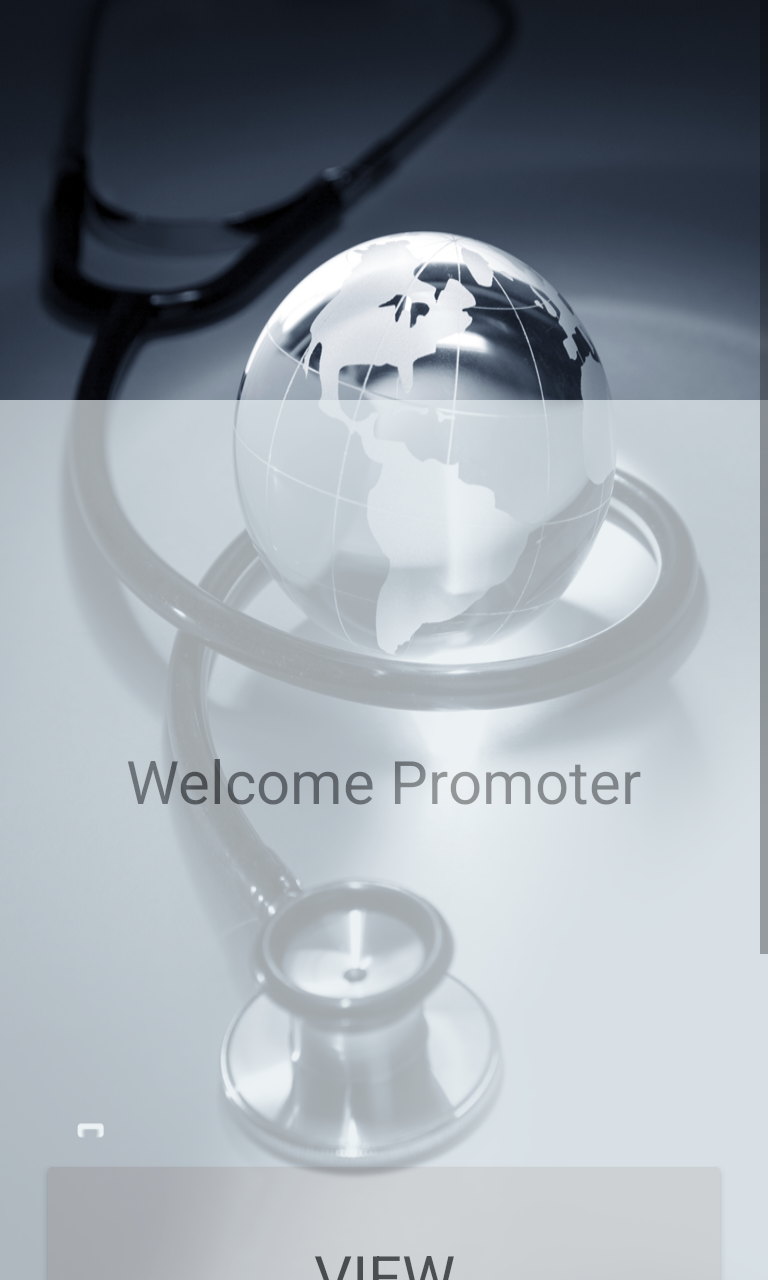
Repository: achavez812/GuatemalaProject2
Layout: GuateMedic-master/GuateMedic/res/layout/fragment_main.xml
An editor plug-in stored every save of this project. The layout is shown before and after the next save, followed by the edit.
It is drawn on a 768 x 1280 px phone screen (xhdpi) without system bars, with theme AppTheme; the app's code is not run.

Above is the layout before, as saved 2014-07-03 10:22:51.

### GuateMedic-master/GuateMedic/res/layout/fragment_main.xml
<?xml version="1.0" encoding="utf-8"?>
<ScrollView xmlns:android="http://schemas.android.com/apk/res/android"
    xmlns:tools="http://schemas.android.com/tools"
    android:layout_width="match_parent"
    android:layout_height="wrap_content"
    android:background="@drawable/guatemala_home_bg"
    >


	<RelativeLayout
    android:layout_width="match_parent"
    android:layout_height="match_parent"
    >
	<LinearLayout android:layout_width="match_parent"
    android:layout_height="wrap_content"
    android:gravity="center_horizontal"
    android:orientation="vertical"
    android:padding="20dp"
    android:layout_marginTop="100dp"
     android:background="#ffe5edf0"
    android:alpha="0.7"

    android:layout_marginTop="200dp">
    <TextView
        android:id="@+id/main_page_textview"
        android:textSize="30sp"
        android:layout_marginTop="150dp"
        android:layout_marginBottom="60dp"
        android:layout_width="wrap_content"
        android:layout_height="wrap_content"
        android:text="Welcome Promoter"
        android:alpha="1.2"/>

    <TextView
        android:id="@+id/main_page_notes"
        android:gravity="center"
        android:textSize="20sp"
        android:layout_marginBottom="80dp"
        android:layout_width="wrap_content"
        android:layout_height="wrap_content"
        android:alpha="1.2" />

    <Button
        android:id="@+id/main_view_button"
        android:textSize="30sp"
        android:paddingTop="40dp"
        android:paddingBottom="40dp"
        android:layout_marginBottom="20dp"
        android:layout_width="match_parent"
        android:layout_height="wrap_content"
		android:text="VIEW"
		android:alpha="1.2" />

    <Button
        android:id="@+id/main_upload_download_button"
        android:textSize="30sp"
        android:paddingTop="40dp"
        android:paddingBottom="40dp"
        android:layout_width="match_parent"
        android:layout_height="wrap_content"
        android:text="DOWNLOAD"
        android:alpha="1.2"/>
</LinearLayout>
</RelativeLayout>
</ScrollView>

### GuateMedic-master/GuateMedic/res/values/styles.xml
<resources xmlns:android="http://schemas.android.com/apk/res/android">

    <!--
        Base application theme, dependent on API level. This theme is replaced
        by AppBaseTheme from res/values-vXX/styles.xml on newer devices.
    -->

    <!-- Application theme. -->
    <style name="AppTheme" parent="@style/Theme.AppCompat.Light.DarkActionBar">
        <!-- All customizations that are NOT specific to a particular API-level can go here. -->
    	<item name="android:typeface">sans</item>
        <item name="actionBarStyle">@style/MyActionBar</item>
    	<item name="android:actionBarStyle">@style/MyActionBar</item>
    	<item name="android:actionOverflowButtonStyle">@style/OverFlow</item>
    	<item name="android:popupMenuStyle">@style/MyPopupMenu</item>
    	<item name="popupMenuStyle">@style/MyPopupMenu</item>
        <item name="android:panelBackground">#004d6b</item>
         <item name="android:itemTextAppearance">@style/myCustomMenuTextApearance</item>

    </style>
       <style name="myCustomMenuTextApearance" parent="@android:style/TextAppearance.Widget.IconMenu.Item">
        <item name="android:textColor">#FFFFFF</item>
        <item name="android:textSize">20sp</item>

    </style>
    <style name="MyActionBar" parent="@style/Widget.AppCompat.Light.ActionBar.Solid.Inverse">
        <item name="android:background">#004d6b</item>
        <item name="android:titleTextStyle">@style/TitleText</item>



    </style>

    <style name ="MyPopupMenu" parent="android:Theme.Holo.Light">
        <item name="android:popupBackground">#004d6b</item>
    </style>

    <style name="OverFlow" parent="@android:style/Widget.Holo.ActionButton.Overflow">
    	<item name="android:src">@drawable/ic_action_overflow</item>
	</style>
    <style name="TitleText">
        <item name="android:textColor">#FFFFFF</item>
        <item name="android:typeface">sans</item>
        <item name="android:textSize">30sp</item>

    </style>
	<!--
	<style name="HomePage" parent="AppTheme">
	<item name="android:background"> @drawable/guatemala_home_bg </item>
	</style>
	    -->





</resources>

After the next save:
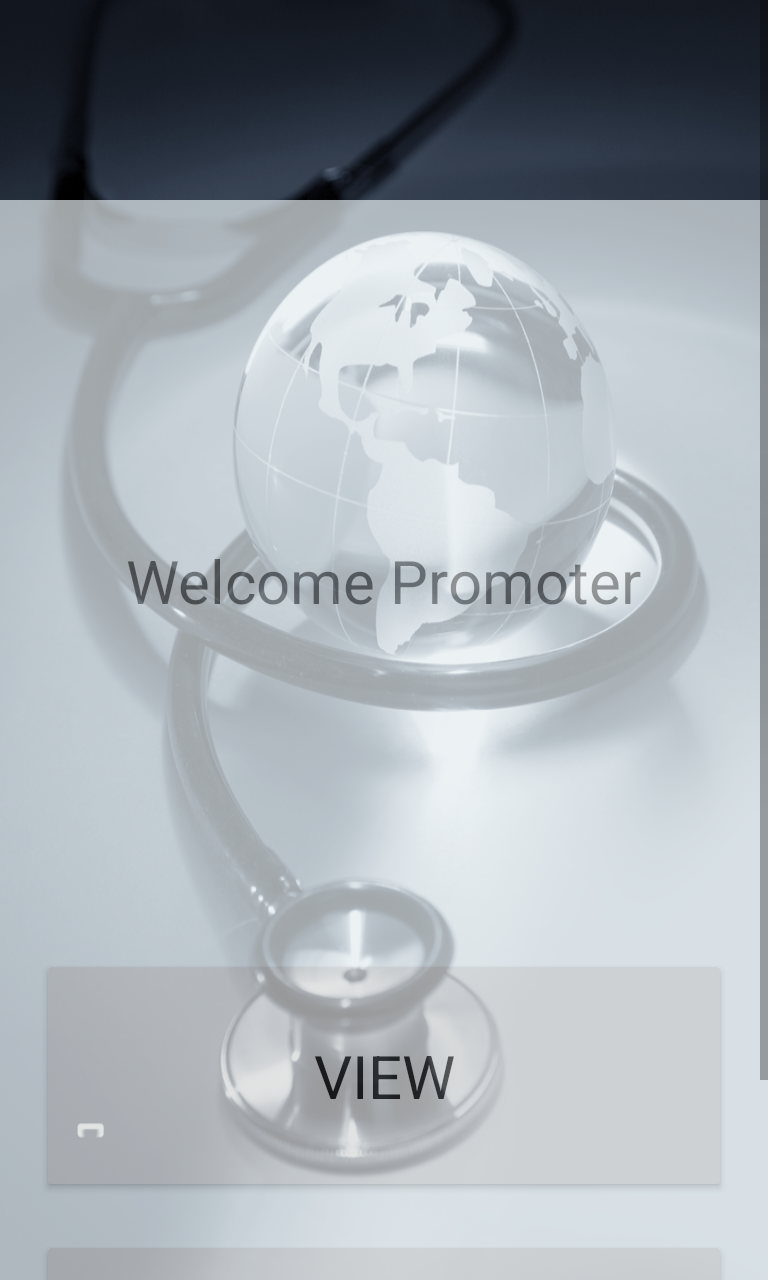
Saved 11 s later.
--- a/GuateMedic-master/GuateMedic/res/layout/fragment_main.xml
+++ b/GuateMedic-master/GuateMedic/res/layout/fragment_main.xml
@@ -18,9 +18,7 @@
     android:padding="20dp"
     android:layout_marginTop="100dp"
      android:background="#ffe5edf0"
-    android:alpha="0.7"
-
-    android:layout_marginTop="200dp">
+    android:alpha="0.7">
     <TextView
         android:id="@+id/main_page_textview"
         android:textSize="30sp"
